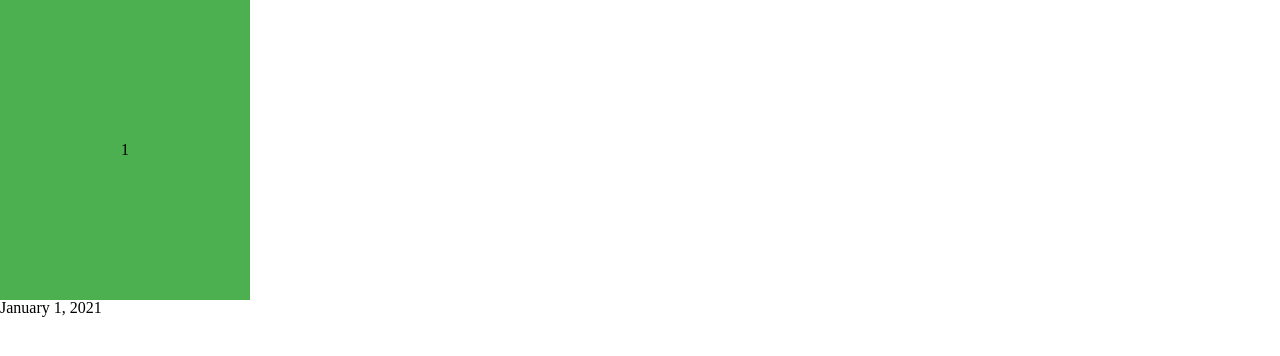
Repository: Tan-Khang21/TH_TKW--Buoi_07
Page: Bai_Tap_Tren_lop/Bai_01/Shadow4.html
These files come from the project's save history. The page is drawn as it stood at one moment and after the next save; the edit follows.
The browser window is 1280 px wide. The pictures show the whole page.

Above is the page before, as saved 2024-03-12 16:01:30.

### Bai_Tap_Tren_lop/Bai_01/Shadow4.html
<!DOCTYPE html>
<html lang="en">
  <head>
    <meta charset="UTF-8" />
    <meta name="viewport" content="width=device-width, initial-scale=1.0" />
    <title>Document</title>
    <link rel="stylesheet" href="style.css" />
    <link rel="stylesheet" href="reset.css" />
  </head>
  <body>
    <div class="container">
      <p class="number">1</p>
      <p class="title">January 1, 2021</p>
    </div>
  </body>
</html>

### Bai_Tap_Tren_lop/Bai_01/style.css
* {
  box-sizing: border-box;
}
body {
  width: 100%;
}
.container {
  width: 250px;
}
.number {
  width: 100%;
  height: 300px;
  display: flex;
  align-items: center;
  justify-content: center;
  background-color: #4caf50;
}

Loaded but not shown: Bai_Tap_Tren_lop/Bai_01/reset.css (common file)

After the next save:
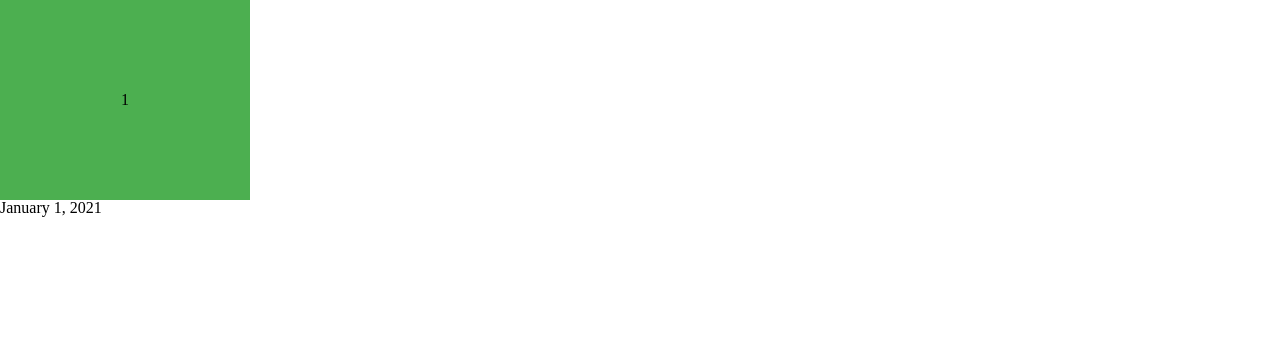
Saved 29 s later.
--- a/Bai_Tap_Tren_lop/Bai_01/style.css
+++ b/Bai_Tap_Tren_lop/Bai_01/style.css
@@ -9,7 +9,7 @@
 }
 .number {
   width: 100%;
-  height: 300px;
+  height: 200px;
   display: flex;
   align-items: center;
   justify-content: center;

After the save that followed:
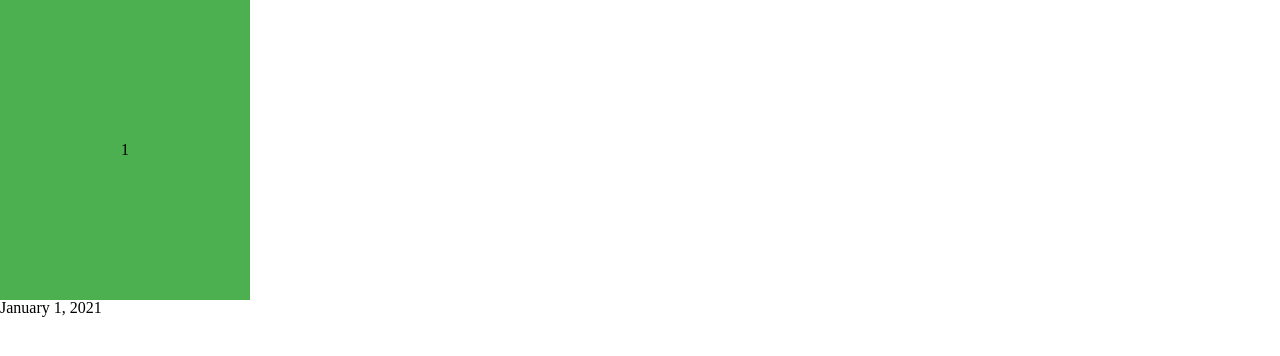
Saved 11 s later.
--- a/Bai_Tap_Tren_lop/Bai_01/style.css
+++ b/Bai_Tap_Tren_lop/Bai_01/style.css
@@ -9,7 +9,7 @@
 }
 .number {
   width: 100%;
-  height: 200px;
+  height: 300px;
   display: flex;
   align-items: center;
   justify-content: center;
